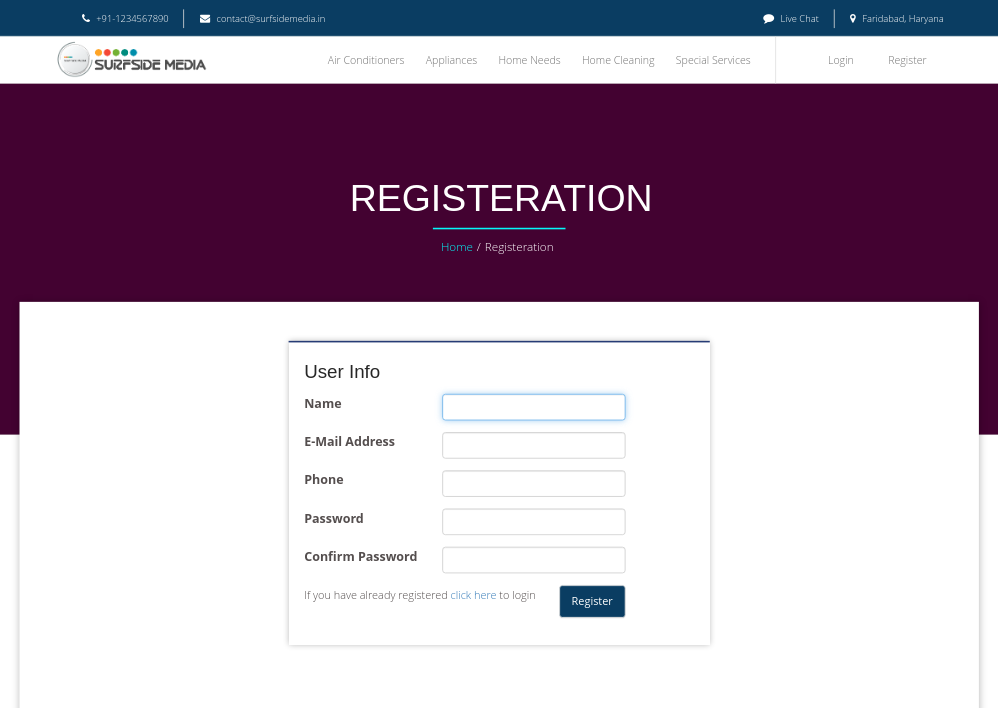
Repository: samiraelshon123/LP_Project
Page: http://localhost/register
These files come from the project's save history. The page is drawn as it stood at one moment and after the next save; the edit follows.
The browser window is 1280 px wide. The pictures show the whole page, at 78% of full size.
Backgrounds fixed to the window are drawn as part of the page. The page is served by the project's Laravel application, run on PHP 8.4 with Laravel 9. Other server files are loaded and not shown.

Above is the page before, as saved 2023-05-22 22:55:07.

### routes/web.php
<?php

use Illuminate\Support\Facades\Route;
use App\Http\Controllers\admin\CategoryController;
use App\Http\Controllers\admin\BrandController;
use App\Http\Controllers\admin\BlogController;
use App\Http\Controllers\admin\SocialMediaController;
use App\Http\Controllers\auth\RegisterController;
use App\Http\Controllers\auth\LoginController;
use App\Http\Controllers\auth\LogoutController;
use App\Http\Controllers\auth\AdminLoginController;

////////////

//user

use App\Http\Controllers\User\UserController;

/*
|--------------------------------------------------------------------------
| Web Routes
|--------------------------------------------------------------------------
|
| Here is where you can register web routes for your application. These
| routes are loaded by the RouteServiceProvider within a group which
| contains the "web" middleware group. Now create something great!
|
*/

Route::group(['prefix' => 'admin','middleware' => ['auth:admin']], function() {
        //admin
        Route::get('/', function(){
            return view('admin.dashboard');
        })->name('admin');

    // brand
    Route::resource('category', CategoryController::class);

    // governorate
    Route::resource('brand', BrandController::class);

    //blog
     Route::resource('blog',BlogController::class);



});

//////////////////////////////////


Route::group(['middleware' => ['auth']], function() {
    Route::get('/', [UserController::class, 'home'])->name('user.home');
    Route::get('/category/{id}', [UserController::class, 'category'])->name('user.category');
    Route::get('/governorate/{id}', [UserController::class, 'governorate'])->name('user.governorate');
    Route::post('/search', [UserController::class, 'search'])->name('user.search');
    Route::get('/contact', [UserController::class, 'contact'])->name('user.contact');
    Route::post('/storeContact', [UserController::class, 'storeContact'])->name('user.storeContact');




});

//////////////////////////////////

//authentication

Route::get('/register', [RegisterController::class, 'register'])->name('register');
Route::post('/register', [RegisterController::class, 'registerUser'])->name('registerUser');


Route::get('/login', [LoginController::class, 'login'])->name('login');
Route::post('/login', [LoginController::class, 'loginUser'])->name('loginUser');


Route::get('/logout', [LogoutController::class, 'logout']);

Route::get('/adminlogin', [AdminLoginController::class, 'loginPage']);
Route::post('/adminlogin', [AdminLoginController::class, 'loginAdmin'])->name('adminlogin');

### app/Http/Controllers/auth/RegisterController.php
<?php

namespace App\Http\Controllers\auth;

use Illuminate\Http\Request;
use App\Http\Controllers\Controller;
use App\Models\User;
class RegisterController extends Controller
{
    public function register(){
        return view('user.auth.register');
    }
    public function registerUser(Request $request){
        $data = $this->validate(request(),[
            'first_name' => 'required',
            'last_name' => 'required',
            'email' => 'required|unique:users',
            'password' => 'required',


        ],[],[]);
        $news = User::create( [

            'first_name' => request('first_name'),
            'last_name' => request('last_name'),
            'email' => request('email'),
            'password' => bcrypt(request('password')),

        ]);
        return redirect('/');

    }
}

### resources/views/user/auth/register.blade.php
@include('layouts.header')

<div class="section-title-01 honmob">
            <div class="bg_parallax image_02_parallax"></div>
            <div class="opacy_bg_02">
                <div class="container">
                    <h1>Registeration</h1>
                    <div class="crumbs">
                        <ul>
                            <li><a href="index.php.html">Home</a></li>
                            <li>/</li>
                            <li>Registeration</li>
                        </ul>
                    </div>
                </div>
            </div>
        </div>
        <section class="content-central">
            <div class="semiboxshadow text-center">
            </div>
            <div class="content_info">
                <div class="paddings-mini">
                    <div class="container">
                        <div class="col-xs-12 col-sm-6 col-md-6 col-md-offset-3 profile1" style="padding-bottom:40px;">
                            <div class="thinborder-ontop">
                                <h3>User Info</h3>
                                <form id="userregisterationform">
                                    <div class="form-group row">
                                        <label for="name" class="col-md-4 col-form-label text-md-right">Name</label>
                                        <div class="col-md-6">
                                            <input id="name" type="text" class="form-control" name="name" value="" required="" autofocus="">
                                        </div>
                                    </div>
                                    <div class="form-group row">
                                        <label for="email" class="col-md-4 col-form-label text-md-right">E-Mail Address</label>
                                        <div class="col-md-6">
                                            <input id="email" type="email" class="form-control" name="email" value="" required="">
                                        </div>
                                    </div>

                                    <div class="form-group row">
                                        <label for="phone" class="col-md-4 col-form-label text-md-right">Phone</label>
                                        <div class="col-md-6">
                                            <input id="phone" type="text" class="form-control" name="phone" value="" required="" autofocus="">
                                        </div>
                                    </div>

                                    <div class="form-group row">
                                        <label for="password"
                                            class="col-md-4 col-form-label text-md-right">Password</label>
                                        <div class="col-md-6">
                                            <input id="password" type="password" class="form-control" name="password" required="">
                                        </div>
                                    </div>
                                    <div class="form-group row">
                                        <label for="password-confirm"
                                            class="col-md-4 col-form-label text-md-right">Confirm Password</label>
                                        <div class="col-md-6">
                                            <input id="password-confirm" type="password" class="form-control" name="password_confirmation" required="">
                                        </div>
                                    </div>
                                    <div class="form-group row mb-0">
                                        <div class="col-md-10">
                                            <span style="font-size: 14px;">If you have already registered <a
                                                    href="login.html" title="Login">click here</a> to login</span>
                                            <button type="submit" class="btn btn-primary pull-right">Register</button>
                                        </div>
                                    </div>
                                </form>
                            </div>
                        </div>
                    </div>
                </div>
            </div>
            <div class="section-twitter">
                <i class="fa fa-twitter icon-big"></i>
                <div class="container">
                    <div class="row">
                        <div class="col-md-12">
                            <div class="text-center">
                            </div>
                        </div>
                    </div>
                </div>
            </div>
        </section>

### public/asset/css/chblue.css
/* Backgrounds ----------------------------------------------------------*/
.btn-primary,
.btn-primary:hover,
.flat-mega-menu .drop-down.full-width ul li a.btn,
.filter-header input[type="submit"],
.ui-widget-header,
.ui-state-default:hover,
.ui-widget-content .ui-state-default:hover,
.ui-widget-header .ui-state-default:hover,
.flat-mega-menu .login-form input[type=submit],
.flat-mega-menu .search-bar ul input[type=submit],
.skin_base,
.promotion-box-info .btn,
.list-styles li i,
.info-gallery .price b,
.widget .input-group-addon.btn-search input,
.header-v2,
.info-head,
.nav-tabs li.active a,
.nav-tabs li.active a:hover,
.nav-tabs li a:hover,
.sort-by-container .style-view li:hover,
.sort-by-container .style-view li.active,
.selector span.custom-select:before,
.slider-selection,
.filter-widget input[type="submit"],
.tabs-detailed .services-lines li:hover,
.pagination > .active > a,
.pagination .active,
.tooltip-inner,
.owl-theme .owl-controls .owl-buttons div,
#theme-options .layout-style li.active,
.thumbs li:hover,
p.lead .line,
.info-testimonial,
.filter-header,
.profilebackground,
.filter-header input[type="button"]{
	background: #0a3d62 !important;
	background-color: #0a3d62 !important;
}
.opacy_bg_03,
.item-team-01 .info-team,
.header-detailed{
	background: #0a3d62;
	background: rgba(136, 196, 37, 0.6);
}

/* Colors ----------------------------------------------------------*/
.item-service-line i,
.titles h2 span,
.info-boxed h3 span,
.price span,
.title-footer h2 span,
.flat-mega-menu > ul > .title > a > span,
.flat-mega-menu > ul > .title i,
.icon-big-nav i,
.ui-datepicker th,
.head-feature,
.flat-mega-menu > ul > li:hover > a,
.footer-v2 ul li i,
.footer-v3 ul li i,
.footer-v4 ul li i,
.flat-mega-menu > ul > li:hover > a,
.flat-mega-menu .login-form:hover,
.flat-mega-menu .search-bar:hover,
.item-team h4 span,
.item-team-01 .social-team li a:hover,
.large-number,
.info-gallery h3 span,
.post-format-icon > i,
.post-item .post-title a:hover,
.post-meta a:hover,
.post-quote-author a,
.single-blog h4 i,
.single-blog h4 a,
.nav-tabs li i,
.container-by-widget-filter h4,
.title-results a,
blockquote > a,
.tweet_time a,
.tweet_text a,
.acc-trigger a:hover, .acc-trigger.active a, .acc-trigger.active a:hover,
.crumbs li a,
.page-error h1 i,
.sitemap li a:hover,
.pagination > li > a, .pagination > li > span,
address i,
address a{
	color: #0a3d62;
}

/* Borders ----------------------------------------------------------*/
.pagination > .active > a,
.pagination > .active:hover > a,
.filter-header,
.flat-mega-menu h2 span,
.ui-datepicker,
.crumbs ul,
.portfolioFilter .current, .portfolioFilter a:hover,
.post-format-icon > i,
.section-title-03 h1,
.title-widget{
	border-color: #0a3d62 !important;
}
.crumbs:before{
	border-bottom: 20px solid #0a3d62;
}
.tooltip.top .tooltip-arrow {
  border-top-color: #0a3d62;
}
.flat-mega-menu .drop-down,
.flat-mega-menu .social-bar ul {
	border-bottom-color: #0a3d62;
}
.nav-tabs li.active:after {
	border: 16px solid #0a3d62;
	border-left-color: transparent;
	border-right-color: transparent;
	border-bottom-color: transparent;
	content: "";
	left: 50%;
	margin-left: -16px;
	position: absolute;
	z-index: 101;
}
.title-widget:after {
  border-top: 15px solid  #0a3d62;
}

hr.separator::before {
	background: #0a3d62;
}
#footer .fa{
	color:#fff;
}
.footer-m {
	border-top: 2px solid #0a3d62;
}

.footer-m ul li a .fa {
	color: #0a3d62 !important;
}

 .crumbs ul{
	border-color: #05f9f9 !important;
}

.crumbs ul li a{
	color: #05f9f9 !important;
}

.line{
	background: #05f9f9 !important;
	background-color: #05f9f9 !important;
}
.header-v3 {
	z-index: 9999;
}
.error{
	color:#f20e0e !important;
	font-size: 14px !important;
}

.typeahead, .typeahead li{
	z-index: 99999 !important;
}
#sponsors{
	z-index: 101;
}
.#owl-wrapper{
	z-index: 100;
}

### public/asset/css/theme-responsive.css
/* ---------------------------------------------------------------------- */
/*	Version 1500px
/* ---------------------------------------------------------------------- */
@media handheld, only screen and (max-width: 1500px) {
	.layout-wide .crumbs:before{
	    left: 15%;
	}
	/* Filter Header - Title Header ------------------------------*/
	.filter-title{
		top: 12%;
		left: 0%;
		margin-left: 0;
		width: 100%;
	}
	.title-header h1{
		font-size: 4rem;
		line-height: 4.3rem;
	}
	.filter-header{
		max-width: 80%;
	}
}
/* ---------------------------------------------------------------------- */
/*	Version 1280px
/* ---------------------------------------------------------------------- */
@media handheld, only screen and (max-width: 1250px) {
	.flat-mega-menu > ul > li > a {
		padding-left: 8px;
		padding-right: 8px;
		font-size: 0.78rem;
	}
	.flat-mega-menu > ul > .title i{
		right: 20%;
	}
	/* Filter Header - Title Header ------------------------------*/
	.filter-title{
		top: 12%;
		left: 0%;
		margin-left: 0;
		width: 100%;
	}
	.title-header h1{
		font-size: 3.5rem;
		line-height: 3.7rem;
	}
	.layout-semiboxed .flat-mega-menu .container,
	.layout-semiboxed footer .container{
		width: auto !important;
		padding-right: 15px !important;
  		padding-left: 15px !important;
	}
}
/* ---------------------------------------------------------------------- */
/*	Version 1024px
/* ---------------------------------------------------------------------- */
@media handheld, only screen and (max-width: 1024px) {

	.section-title{
		height: 290px;
	}
	.semiboxshadow img {
		display: none;
	}
}
/* ---------------------------------------------------------------------- */
/*	 Version 1000px
/* ---------------------------------------------------------------------- */
@media handheld, only screen and (max-width: 999px) {
	html {
		font-size: 14px;
	}

	header{
		position: relative;
	}
	.content-info{
		max-width: auto;
		margin-top: 0;
		margin-bottom: -120px;
	}

	.layout-wide .content-info{
		max-width: auto;
	}
	.layout-wide .semiboxshadow{
		display: none;
	}
	.layout-boxed-margin{
		max-width: 1230px;
		margin: 0 auto;
	}
	.footer-down,
	.footer-down ul,
	header{
		text-align: center;
	}
	footer h4,
	.post-item h4{
		margin-top: 20px;
	}
	.img-footer{
		margin-top: 60px;
	}
	.footer-v3 .img-footer{
		margin-top: 0;
		margin-bottom: 0;
	}

	/* Filter Header - Title Header ------------------------------*/
	.header-v1{
		background: rgba(0,0,0,0.7);
		max-height: 2000px !important;
	}
	.flat-mega-menu > ul > .title > a{
		padding-left: 0;
		padding-right: 0;
	}
	.flat-mega-menu > ul > .title i{
		right: 40%;
	}
	.flat-mega-menu > ul > li > a {
		font-size: 1rem;
	}
	.filter-title{
		top: 12%;
		left: 10%;
		margin-left: -5%;
		width: 90%;
	}
	.title-header h1{
		font-size: 3rem;
		line-height: 3.4rem;
	}
	.title-header p{
		max-width: 700px;
	}
	.filter-header{
		max-width: 100%;
	}
	.content-central{
		margin-top: -50px;
		margin-bottom: -150px;
	}
	.services-lines{
		width: 100%;
		margin-top: 30px;
	}
	.services-lines-info{
		text-align: center;
	}
	.services-lines-info p.lead .line {
	  margin: 20px auto;
	}
	.promotion-box{
		max-width: 350px;
		margin:0 auto 30px auto;
	}
	.info-testimonial{
		width: 100%;
		margin-left: 0;
	}
	#slide-features .btn{
		margin-bottom: 20px;
	}
	footer{
		text-align: center;
	}
	.testimonial-info{
		text-align: center;
		padding-bottom: 100px;
	}
	.content-boxes .item-boxed{
		width: 100%;
	}
	.testimonial-info{
		padding-top: 80px;
	}
	footer .input-group{
		margin-bottom: 20px;
	}
	.footer-v1 ul.nav-footer{
		margin-top: 10px;
	}
	.section-title-01 h1{
		padding-top: 180px;
	}
	.section-title-02,
	.section-title-03{
		text-align: center;
		height: 300px;
	}
	.section-title-02 .crumbs,
	.section-title-03 .crumbs{
	  padding: 0;
	  text-align: center;
	}
	.section-title-03 h1{
		padding: 110px 0 10px 0;
	}
	.section-title-03 .crumbs ul {
	  margin: 10px auto;
	  padding: 10px;
	  list-style: none;
	}
	.item-table{
		margin:0 auto 30px auto;
		max-width: 380px;
		border:1px solid #dedede !important;
	}

}
/* ---------------------------------------------------------------------- */
/*	 Mobile Version 768px
/* ---------------------------------------------------------------------- */
@media handheld, only screen and (max-width: 768px) {


}
/* ---------------------------------------------------------------------- */
/*	 Version 600px
/* ---------------------------------------------------------------------- */
@media handheld, only screen and (max-width: 600px) {
	.flat-mega-menu > ul > .title i{
		display: none !important;
	}
	.filter-title{
		top: 40%;
	}
	.filter-header{
		max-width: 100%;
		height: auto;
		overflow: auto;
	}
	.content-central{
		margin-top: 0;
		margin-bottom: -150px;
	}
	.title-header h1{
		font-size: 2rem;
		line-height: 2.4rem;
	}
	.filter-header .input-large{
		width: 40%;
	}
	.filter-header .date-input{
		width: 20%;
		font-size: 0.7rem;
		border-top: 1px solid #dedede;
	}
	.filter-header .selector {
		width: 20%;
		border-top: 1px solid #dedede;
	}
	.filter-header input[type="submit"]{
		width: 100%;
	}
	.content-boxes .item-boxed{
		margin-bottom: 30px;
		display: block;
	}
	.image-boxed{
		float: none !important;
	  	width: 100% !important;
	  	display: block !important;
	}
	.image-boxed img{
		width: auto !important;
	}
	.info-boxed{
	  	width: 100% !important;
	  	top: 0;
	  	margin-bottom: 30px;
	  	height: auto;
	}
	.boxed-bottom{
		border-bottom: 0 !important;
	}
	.boxed-top{
		border-top: 0 !important;
	}
	.services-lines li{
		width: 33.33%;
	}
	.image-boxed a.more-boxe{
		top: 60%;
	}
}
/* ---------------------------------------------------------------------- */
/*	 Version 480px
/* ---------------------------------------------------------------------- */
@media handheld, only screen and (max-width: 470px) {
	.title-header p,
	.title-header h1{
		display: none;
	}
	.filter-header .input-large{
		width: 100%;
	}
	.filter-header .date-input{
		width: 100%;
		font-size: 0.7rem;
	}
	.filter-header .selector {
		width: 100%;
	}
	.filter-header input[type="submit"]{
		width: 100%;
	}
	.services-lines li{
		width: 50%;
	}
}

Loaded but not shown: app/Http/Controllers/Controller.php (common file); public/asset/css/dtb/jquery.dataTables.min.css (library); public/asset/css/select2.min.css (library); public/asset/css/toastr.min.css (library); public/asset/js/jquery.js (library); public/asset/js/jquery-ui.1.10.4.min.js (library); public/asset/js/toastr.min.js (library); public/asset/js/modernizr.js (library); public/asset/css/bootstrap/bootstrap.min.css (library); public/asset/css/bootstrap/bootstrap-theme.css (library); public/asset/css/bootstrap/bootstrap-slider.css (library); public/asset/js/fancybox/jquery.fancybox.css (library); public/asset/css/animations/animate.css (library); public/asset/css/carousel/owl.carousel.css (common file); public/asset/css/carousel/owl.theme.css (library); public/asset/css/flickr/flickr.css (common file); public/asset/css/icons/font-awesome.min.css (library); public/asset/css/slide/revolution.css (common file); lang/en.json (common file); public/asset/css/style.css (4114 lines, source omitted); public/asset/js/rs-plugin/css/settings.css (2436 lines, source omitted); public/asset/css/calendar/calendar.css (1201 lines, source omitted); public/asset/css/slide/extralayers.css (1390 lines, source omitted); public/asset/css/nav/style.css (882 lines, source omitted); resources/views/layouts/footer.blade.php (132 lines, source omitted); resources/views/layouts/header.blade.php (127 lines, source omitted); public/asset/css/skins/theme-options.css (246 lines, source omitted)

After the next save:
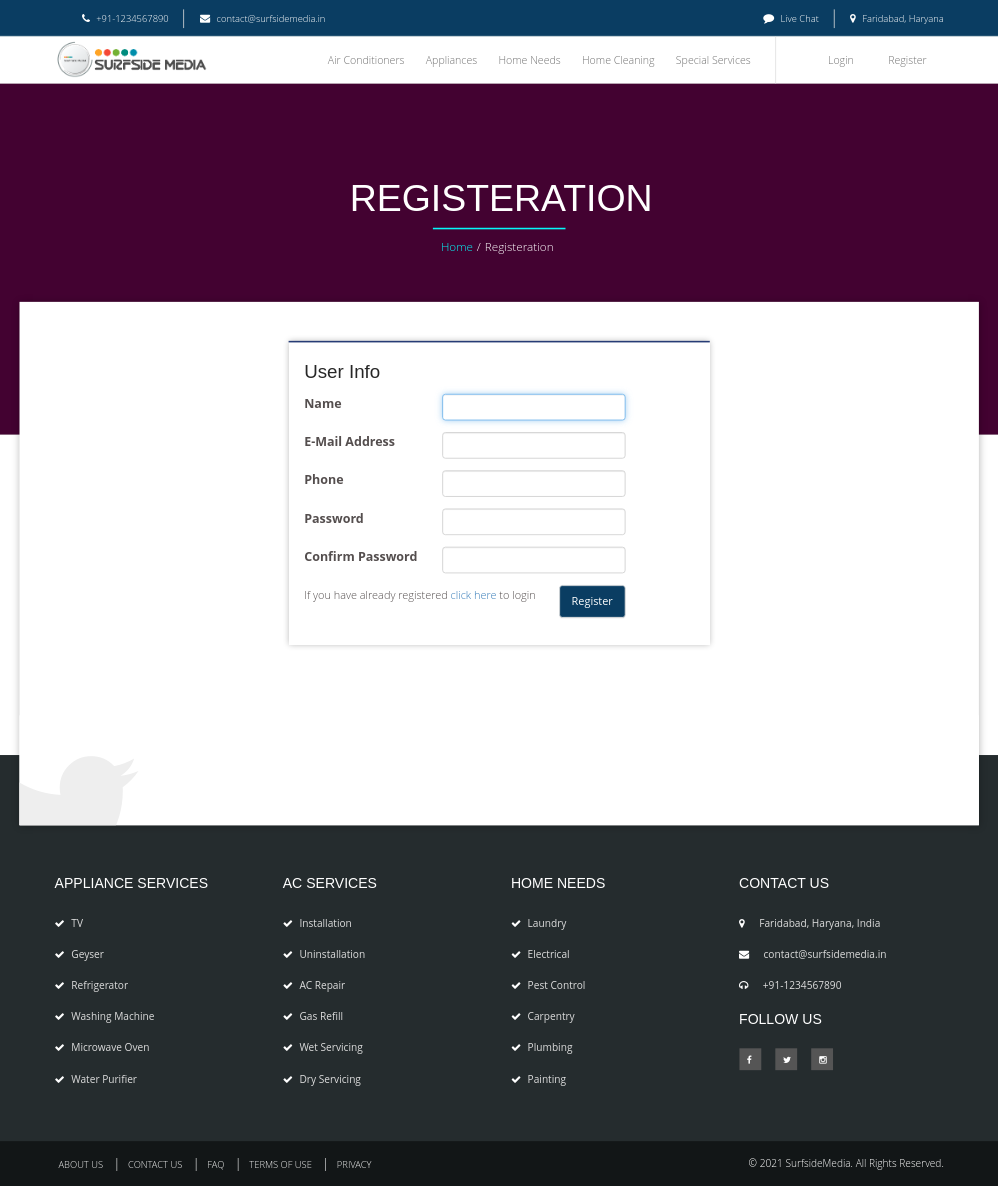
Saved 10 s later.
--- a/resources/views/user/auth/register.blade.php
+++ b/resources/views/user/auth/register.blade.php
@@ -84,3 +84,4 @@
                 </div>
             </div>
         </section>
+        @include('layouts.footer')
